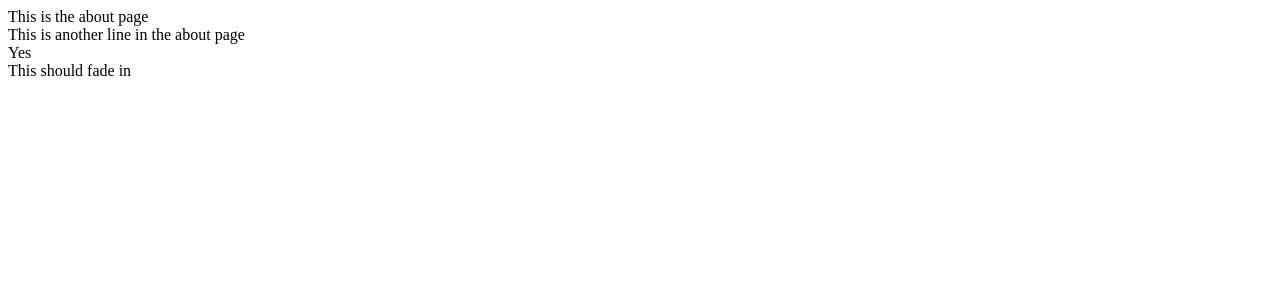
Repository: danbaryak/osgi-test-spa
Page: org.site.about/static/partials/about.html
These files come from the project's save history. The page is drawn as it stood at one moment and after the next save; the edit follows.
The browser window is 1280 px wide. The pictures show the whole page.

Above is the page before, as saved 2014-06-21 10:10:19.

After the next save:
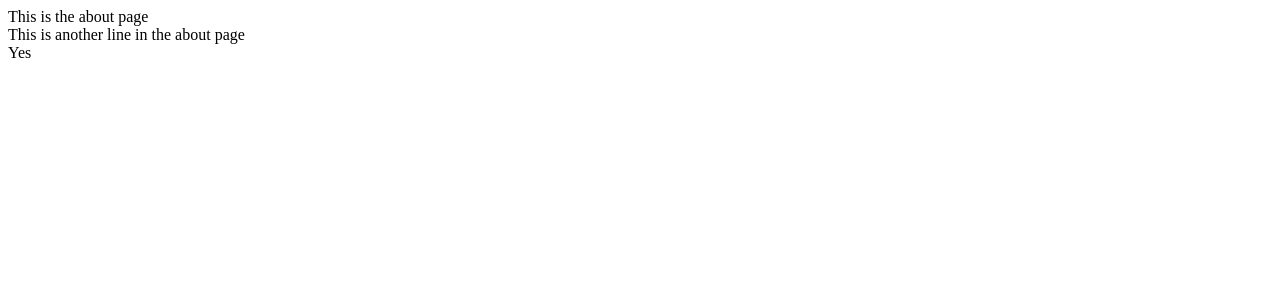
Saved 33 s later.
--- a/org.site.about/static/partials/about.html
+++ b/org.site.about/static/partials/about.html
@@ -1,5 +1,6 @@
-This is the about page
-<br>
-This is another line in the about page<br>
-Yes
-<div fade-in>This should fade in</div>
+<div fade-in>
+	This is the about page
+	<br>
+	This is another line in the about page<br>
+	Yes
+</div>
